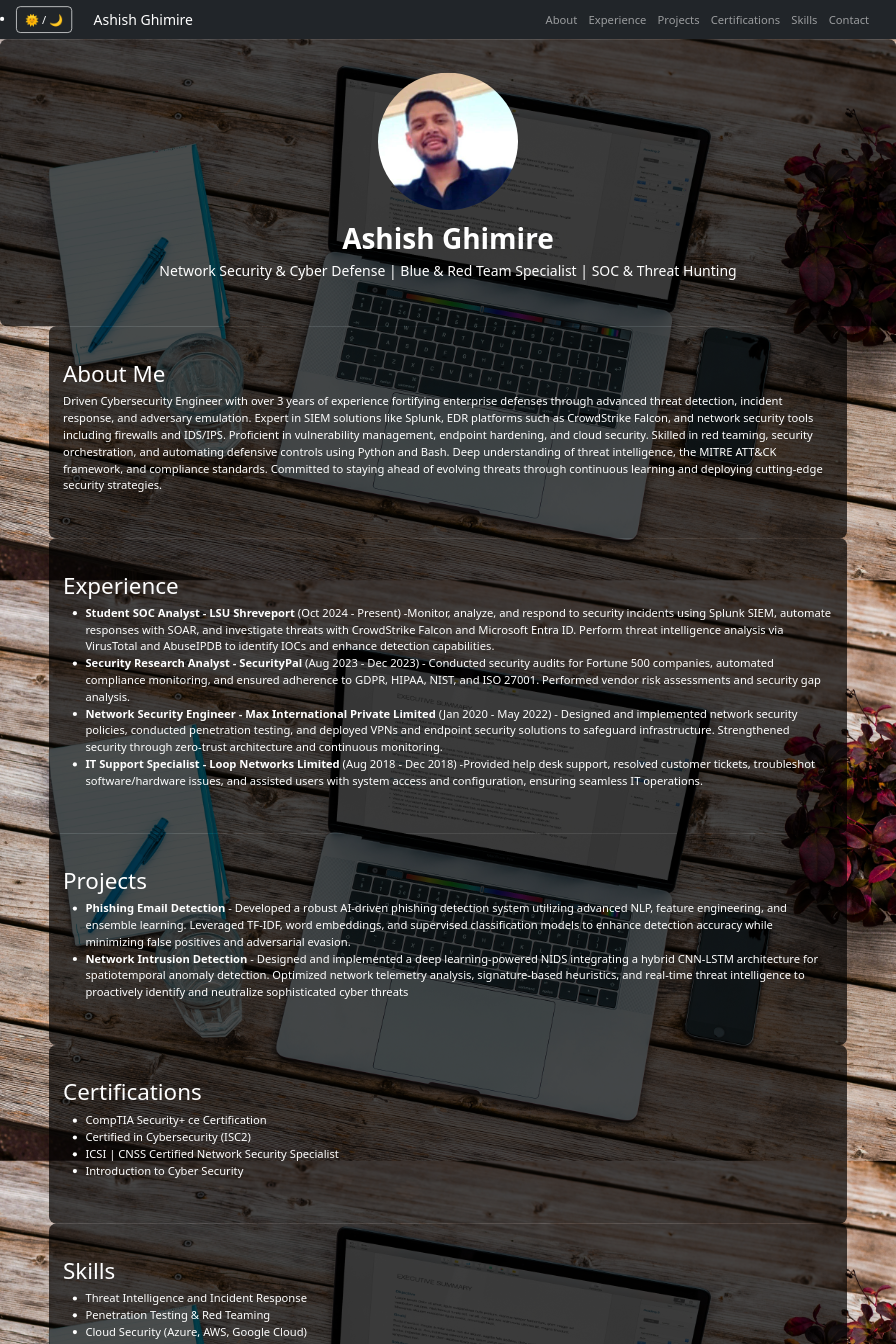
Repository: NetworkNinja11/ashishghimire.github.io
Page: index.html
An editor plug-in stored every save of this project. The page is shown before and after the next save, followed by the edit.
The browser window is 1280 px wide. The pictures show the part of the page from y = 0 to 1920 px (the page is 2753 px tall), at 70% of full size.
Backgrounds fixed to the window are drawn as part of the page.

Above is the page before, as saved 2025-03-11 02:07:25.
Not found: styles.css

After the next save:
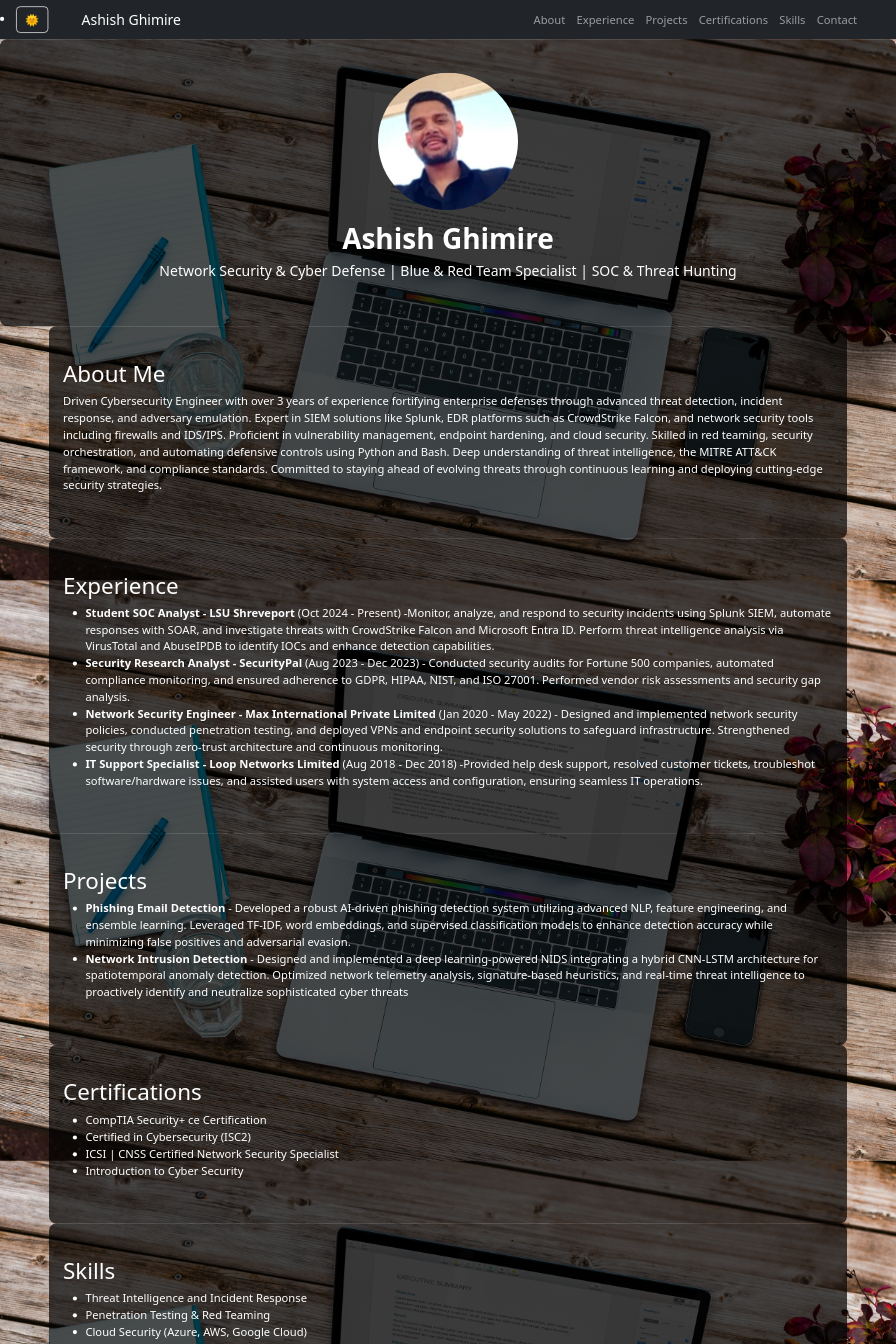
Saved 3 min 34 s later.
--- a/index.html
+++ b/index.html
@@ -22,8 +22,11 @@
 </head>
 <body>
     <nav class="navbar navbar-dark bg-dark navbar-expand-lg"><li class="nav-item">
-        <button id="theme-toggle" class="btn btn-outline-light">🌞 / 🌙</button>
+        <button id="theme-toggle" class="btn btn-outline-light">
+            <span id="theme-icon">🌞</span>
+        </button>
     </li>
+
         <div class="container">
             <a class="navbar-brand" href="#">Ashish Ghimire</a>
             <button class="navbar-toggler" type="button" data-bs-toggle="collapse" data-bs-target="#navbarNav">
